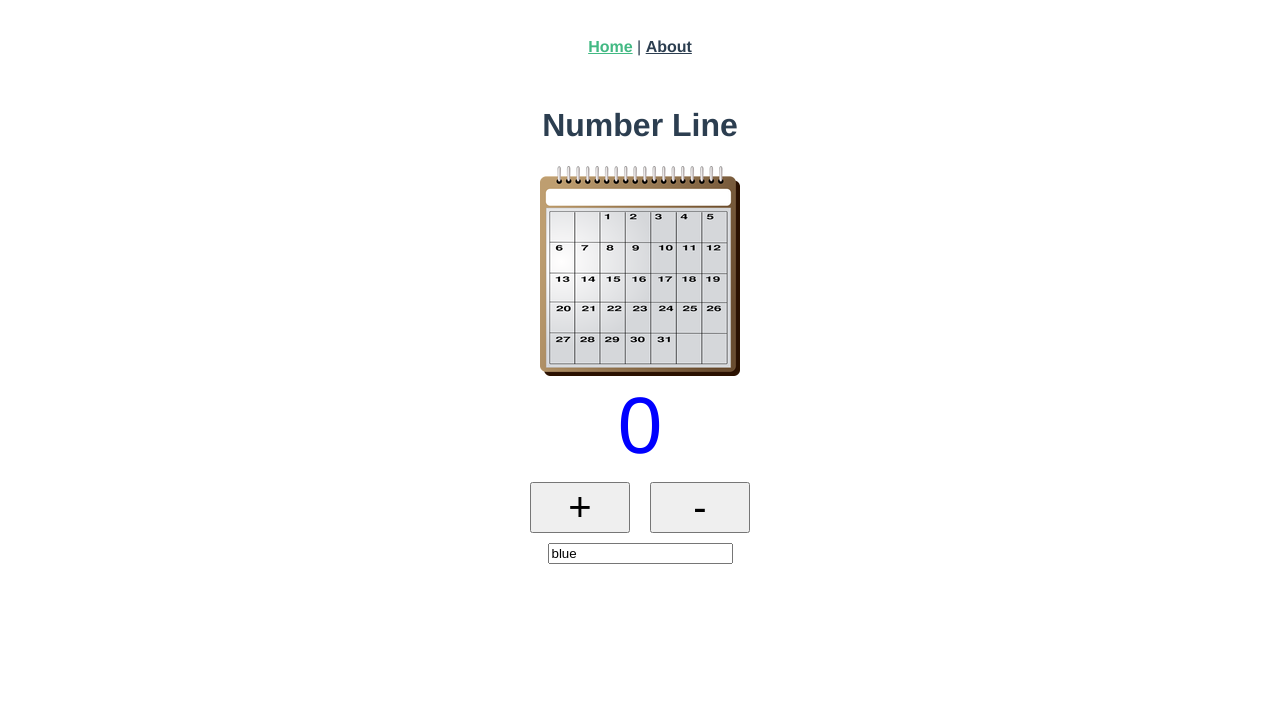
Repository: collegedude9300/numberline
Page: /
An editor plug-in stored every save of this project. The page is shown before and after the next save, followed by the edit.
The browser window is 1280 px wide. The pictures show the whole page.
The project was rebuilt for these pictures with package versions that can differ from the ones it lists, and the page was loaded fresh each time. Also part of the build but not shown: vue.config.js.

Above is the page before, as saved 2023-07-05 13:03:19.

After the next save:
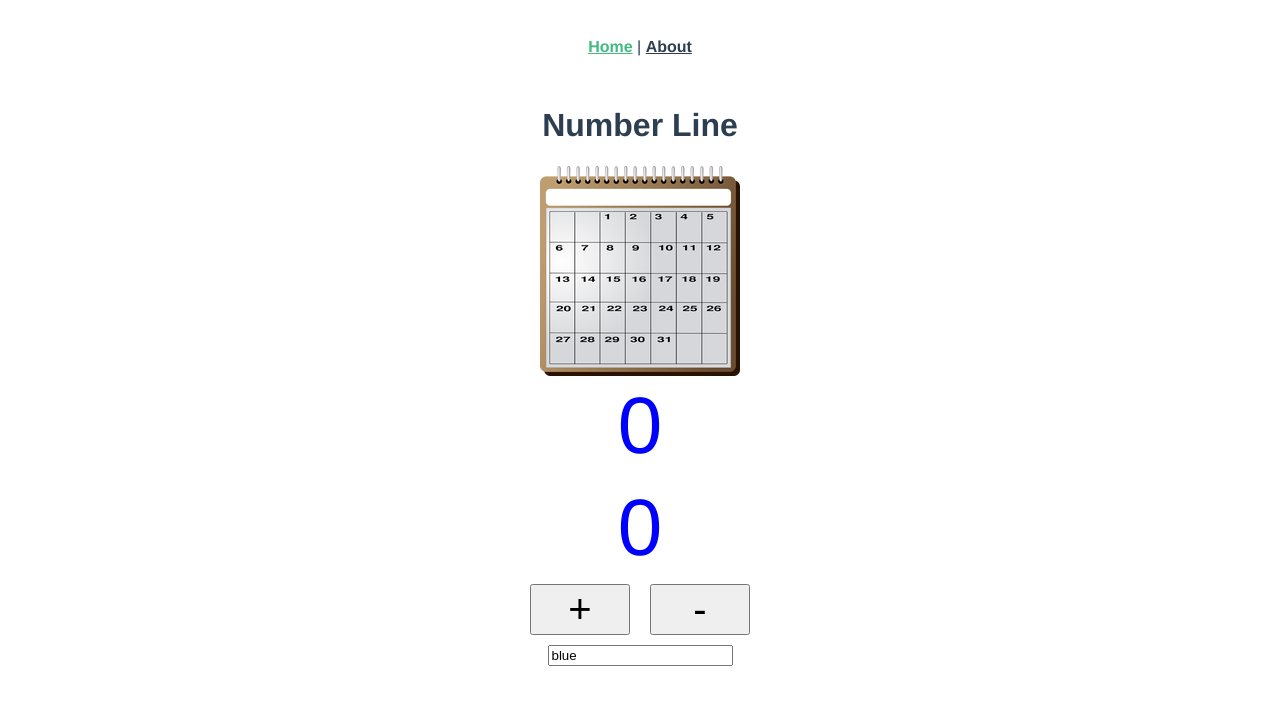
Saved 2 min 0 s later.
--- a/src/views/HomeView.vue
+++ b/src/views/HomeView.vue
@@ -3,6 +3,7 @@
     <h1>Number Line</h1>
     <img alt="Vue logo" src="../assets/schedule.png">
       <counter />
+      <counter-squared />
      <div class="buttons">
       <button @click ="$store.dispatch('increaseCounter')">+</button>
       <button @click="$store.dispatch('decreaseCounter')">-</button>
@@ -35,7 +36,8 @@ export default {
     }
   },
   components:{
-    'counter': require('@/components/Counter.vue').default
+    'counter': require('@/components/Counter.vue').default,
+    'counter-squared': require('@/components/Counter.vue').default
   }
 }
 </script>
